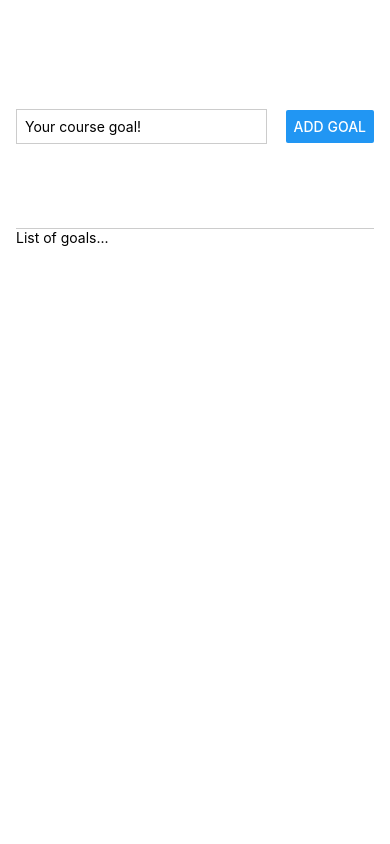
Repository: akinolapo/ToDoApp
Screen: /
These files come from the project's save history. The screen is drawn as it stood at one moment and after a run of saves; the edit follows.
The app was drawn by React Native's web renderer in a window 390 px wide. The project was rebuilt for these pictures with package versions that can differ from the ones it lists, and the page was loaded fresh each time.

Above is the screen before, as saved 2022-09-15 13:53:14.

After the next 2 saves:
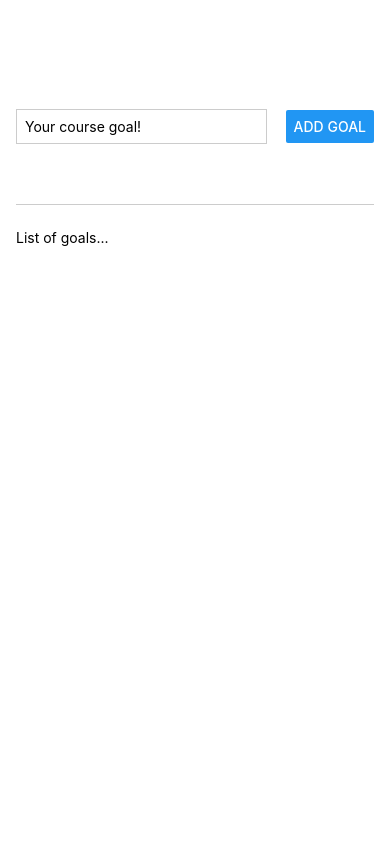
The 2 saves are shown as one change because they came seconds apart.
The last was saved 19 s later.
--- a/App.js
+++ b/App.js
@@ -25,7 +25,7 @@ const styles = StyleSheet.create({
     flexDirection: 'row',
     justifyContent: 'space-between',
     alignItems: 'center',
-    paddingBottom: 24,
+    marginBottom: 24,
     borderBottomWidth: 1,
     borderBottomColor: '#cccccc'
   },
